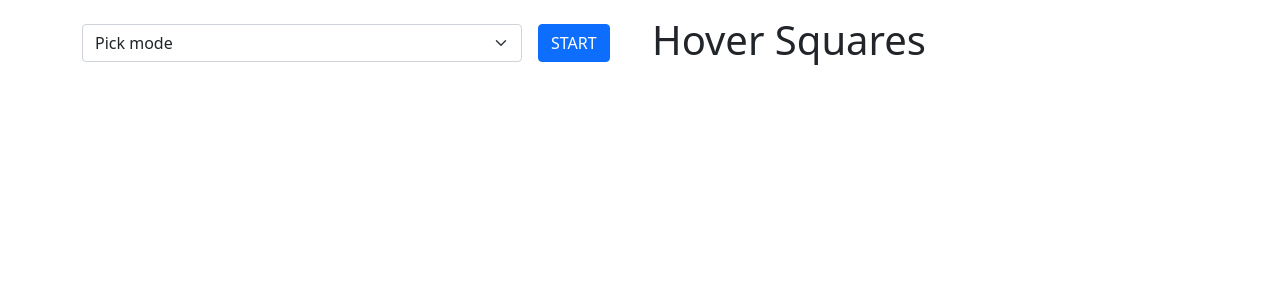
Repository: tsydikov/StarNaviTestTask
Page: /
The author's editor kept a copy of each file at every save. The page is drawn from the files as they stood at one save, then again after the next save.
The browser window is 1280 px wide. The pictures show the whole page.
The project was rebuilt for these pictures with package versions that can differ from the ones it lists, and the page was loaded fresh each time.

Above is the page before, as saved 2021-08-13 22:06:42.

After the next save:
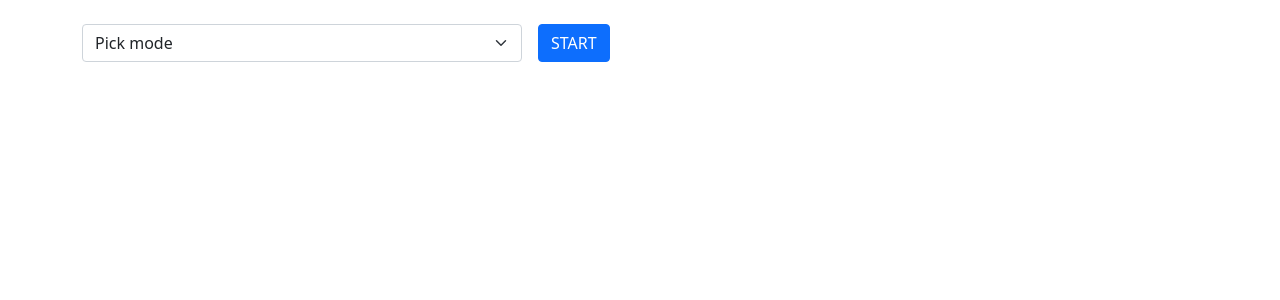
Saved 41 s later.
--- a/src/App.js
+++ b/src/App.js
@@ -100,7 +100,7 @@
           {/* <Squares /> */}
         </div>
         <div className="col">
-          <h1>Hover Squares</h1>
+          {/* <h1>Hover Squares</h1> */}
             {alerts.map((alert) => <div
                     key={alert.id}
                     id={alert.id}

After the save that followed:
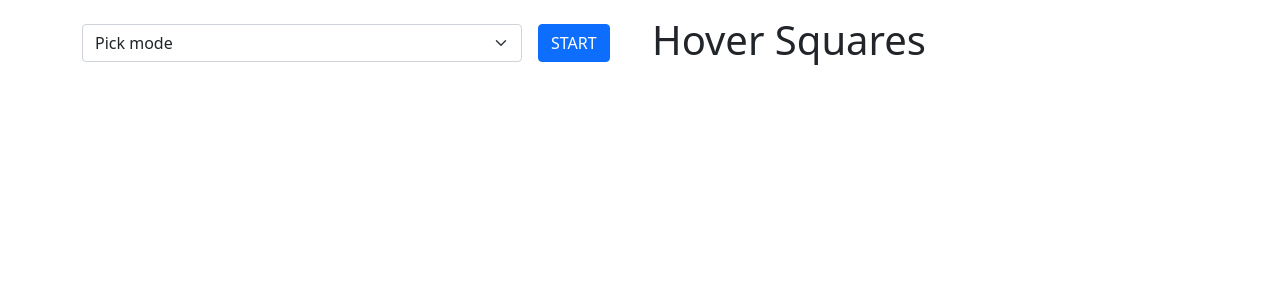
Saved 18 s later.
--- a/src/App.js
+++ b/src/App.js
@@ -100,7 +100,7 @@
           {/* <Squares /> */}
         </div>
         <div className="col">
-          {/* <h1>Hover Squares</h1> */}
+          <h1>Hover Squares</h1>
             {alerts.map((alert) => <div
                     key={alert.id}
                     id={alert.id}
